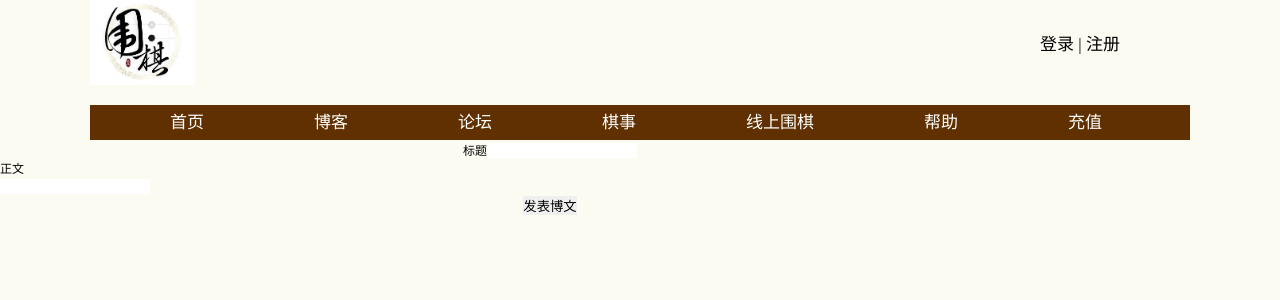
Repository: yxh0/Go
Page: http://localhost/keshe/keshe/blog_post.jsp
An editor plug-in stored every save of this project. The page is shown before and after the next save, followed by the edit.
The browser window is 1280 px wide. The pictures show the whole page.
The page is served by Tomcat 9. Other server files are loaded and not shown.

Above is the page before, as saved 2020-06-11 04:04:21.

### SoftwareProjectGo/keshe/WebContent/keshe/blog_post.jsp
<%@ page language="java" contentType="text/html; charset=UTF-8"
    pageEncoding="UTF-8"%>
<%@ page import="java.sql.*" %>
<!DOCTYPE html>
<html>
<head>
<meta charset="UTF-8">
<title>博客页面</title>
<link rel="stylesheet" href="css/init.css">
<link rel="stylesheet" href="css/public.css">
<link rel="stylesheet" href="css/blog_post.css">
</head>
<body>
	<div class="header w">
		<div class="logo">
			<img src="images/logo.jpg" alt="" />
		</div>
		<div class="login">
			<ul>
				<li>
					<a href="login.jsp">登录</a> |
					<a href="register.jsp">注册</a>
				</li>
			</ul>
		</div>
	</div>
	<!-- 导航栏 -->
	<div class="nav w">
		<div class="container">
			<ul class="left">
		    	<li><a href="index.jsp" >首页</a></li>
		    	<li><a href="blog.jsp" >博客</a></li>
		    	<li><a href="luntan.jsp" >论坛</a></li>
		    	<li><a href="qishi.jsp" >棋事</a></li>
		    	<li><a href="xianshangweiqi.jsp" >线上围棋</a></li>
		    	<li><a href="bangzhu.jsp" >帮助</a></li>
		    	<li><a href="chongzhi.jsp" >充值</a></li>
			</ul>
  		</div>
	</div>
	<div class="blogg">
		<div class="border w"></div>
		<form action="insertServlet?dataBase=weiqiluntan&tableName=chess_user" name="register" method="post">
			<center>标题<input name="blog_title" type="text" type="password" class="code"><br></center>
				正文<br><input name="blog_text" type="text" placeholder="" class="code"><br>
			<center><input type="submit" value="发表博文" class="now-register"></center>
         </form>
	</div>
</body>
</html>

### SoftwareProjectGo/keshe/WebContent/keshe/css/init.css
@charset "UTF-8";
/* 基础的初始化 */
* {
    margin: 0;
    padding: 0;
    box-sizing: border-box;
}
/* em 和 i 斜体的文字不倾斜 */
em,
i {
    font-style: normal
}

li {
    list-style: none
}

img {
    border: 0;
    vertical-align: middle
}

button {
    cursor: pointer
}

a {
    text-decoration: none
}

button,
input {
    font-family: Microsoft YaHei, Heiti SC, tahoma, arial, Hiragino Sans GB, "\5B8B\4F53", sans-serif;
    /* 默认有灰色边框我们需要手动去掉 */
    border: 0;
    outline: none;
}

body {
    -webkit-font-smoothing: antialiased;
    background-color: #fff;
    font: 12px/1.5 Microsoft YaHei, Heiti SC, tahoma, arial, Hiragino Sans GB, "\5B8B\4F53", sans-serif;
    color: black;
}

.hide,
.none {
    display: none
}
/* 清除浮动 */
.clearfix:after {
    visibility: hidden;
    clear: both;
    display: block;
    content: ".";
    height: 0
}

.clearfix {
    *zoom: 1
}

### SoftwareProjectGo/keshe/WebContent/keshe/css/public.css
@charset "UTF-8";
/* 版心 */
body {
	background-color: #fcfbf1;
}
.w {
    width: 1100px;
    margin: 0 auto;
}
.nav {
    height: 35px;
    background-color: #603000;
    line-height: 35px;
}
.nav ul li{
	float: left;
}
.nav li a{
	color: white;
	font-size: 17px;
	border-right: 20px;
	padding: 20px 30px;
	margin-left: 50px;
}
.nav li a:hover{
	color: yellow;
}
.header {
    position: relative;
    height: 105px;
}
.logo {
	position: absolute;
	width: 105px;
	height: 85px;
}
.logo img {
	width: 100%;
	height: 100%;
}
.login {
	margin-left: 950px;
	margin-top: 30px;
	position: absolute;
	font: 17px Microsoft YaHei;
	text-align: center;
}
.login li a{
	color: black;
}
.login li a:hover {
	color: #ebc21f;
}
.footer p {
    width: 250px;
    font-size: 20px;
    color: #7B7B7B;
    margin: 60px auto;
}

### SoftwareProjectGo/keshe/WebContent/keshe/css/blog_post.css
@charset "UTF-8";
.big {
	margin-top: 20px;
}
.self {
	float: left;
	margin-right: 30px;
}
.big .self h4,
.big .blogg h4 {
	width: 250px;
	border-bottom: solid 1px #603000;
	margin-bottom: 15px;
	font-size: 15px;
	weight: 500;
	color: #8f6a40;
}
.big .self button {
	width: 120px;
    height: 30px;
    margin: 10px 65px;
    border: 1px solid #E2E2E2;
    text-align: center;
    line-height: 30px;
    font-size: 15px;
    color: #000;
    background: #ededf1;
}
.big .self .info {
	margin-top: 15px;
	margin-left: 75px;
}
.big .self .info p{
	font-size: 14px;
	weight: 500;
	color: #909090;
}
.blogg {
	float: left;
}
.big .blogg h4,
.big .blogg .cont {
	width: 820px;
}
.big .blogg .cont h2 {
	margin: 5px;
}
.big .blogg .cont a {
	color: #000;
}
.big .blogg .cont a:hover {
	color: #ebc21f;
}
.big .blogg .cont p {
	margin-bottom: 35px;
	color: #8a8a8a;
}
.big .blogg .cont .people {
	font-size: 13px;
}

After the next save:
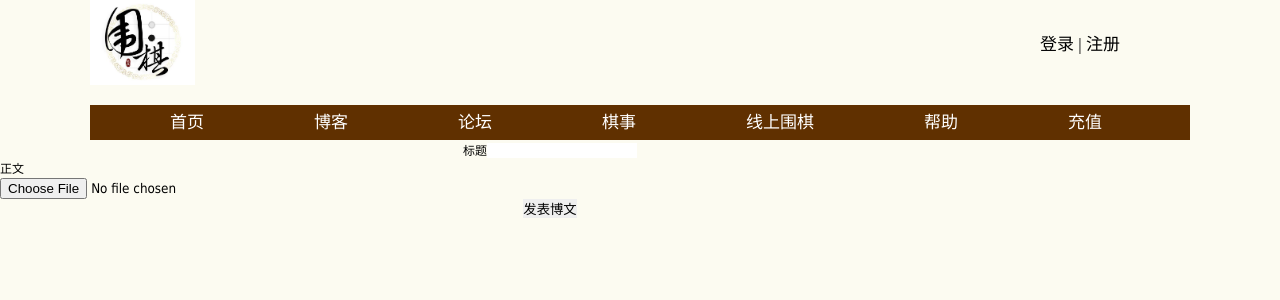
Saved 45 s later.
--- a/SoftwareProjectGo/keshe/WebContent/keshe/blog_post.jsp
+++ b/SoftwareProjectGo/keshe/WebContent/keshe/blog_post.jsp
@@ -42,7 +42,7 @@
 		<div class="border w"></div>
 		<form action="insertServlet?dataBase=weiqiluntan&tableName=chess_user" name="register" method="post">
 			<center>标题<input name="blog_title" type="text" type="password" class="code"><br></center>
-				正文<br><input name="blog_text" type="text" placeholder="" class="code"><br>
+				正文<br><input name="blog_text" type="file" placeholder="" class="code"><br>
 			<center><input type="submit" value="发表博文" class="now-register"></center>
          </form>
 	</div>
